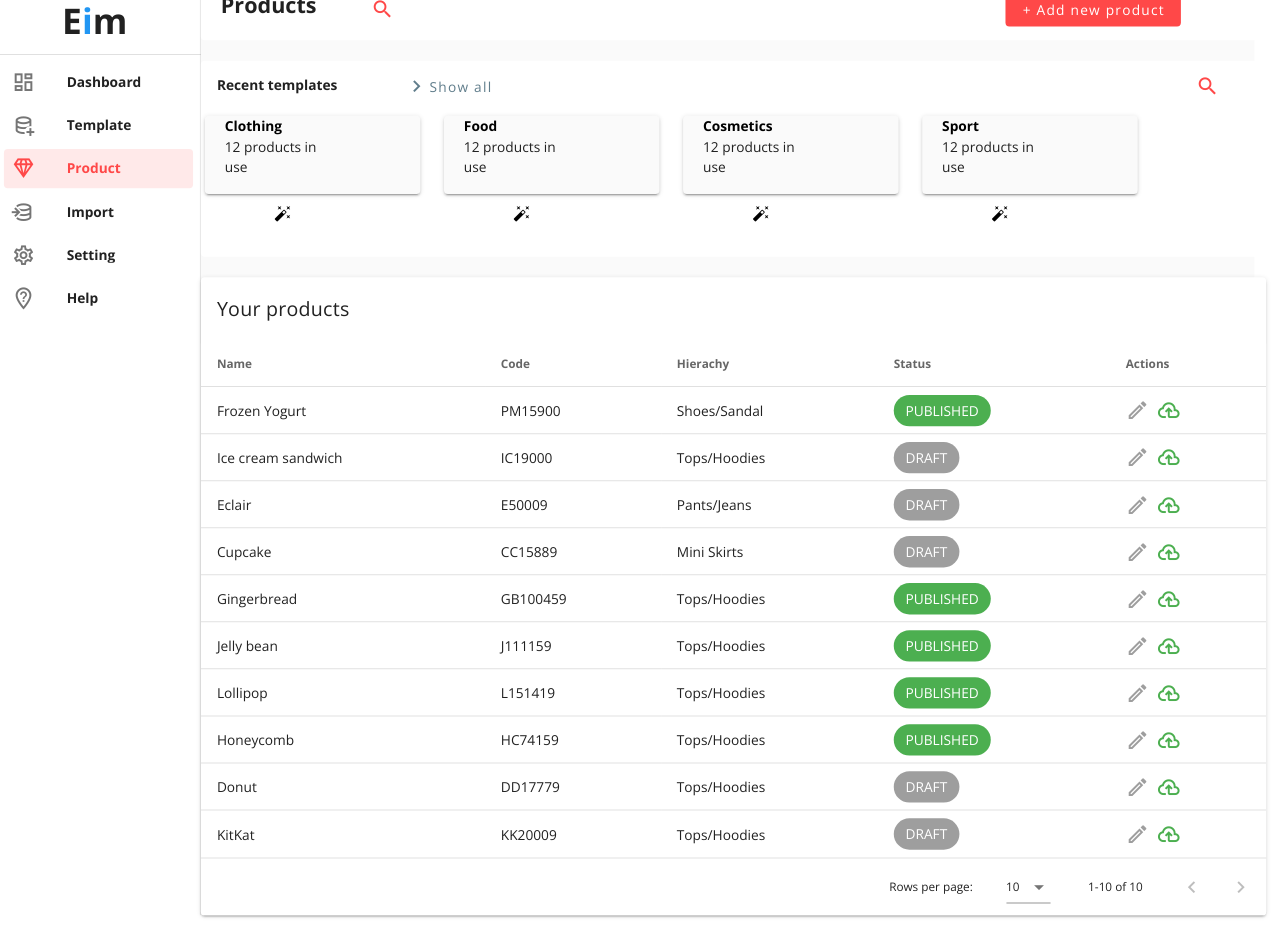
Repository: nguyenphuong152/pim-template
Page: /product
These files come from the project's save history. The page is drawn as it stood at one moment and after the next save; the edit follows.
The browser window is 1280 px wide. The page is 1304 px wide, so the pictures cover 1304 px, including what lies to the right of the window. The pictures show the whole page, at 98% of full size.
The project was rebuilt for these pictures with package versions that can differ from the ones it lists, and the page was loaded fresh each time. Also part of the build but not shown: vue.config.js, src/views/Home.vue, src/components/Outcome_1/SearchTemplate.vue, src/components/Outcome_1/YourTemplate.vue, src/components/Outcome_1/ListComponent.vue, src/components/Outcome_1/AddInfo.vue, src/components/Outcome_1/AddDetail.vue, src/components/Outcome_1/ListComponentProgressive.vue and 18 more.

Above is the page before, as saved 2021-01-19 09:32:46.

### public/index.html
<!DOCTYPE html>
<html lang="en">
  <head>
    <meta charset="utf-8" />
    <meta http-equiv="X-UA-Compatible" content="IE=edge" />
    <meta name="viewport" content="width=device-width,initial-scale=1.0" />
    <link rel="icon" href="<%= BASE_URL %>favicon.ico" />
    <link rel="preconnect" href="https://fonts.gstatic.com" />
    <link rel="preconnect" href="https://fonts.gstatic.com" />
    <link rel="preconnect" href="https://fonts.gstatic.com" />
    <link
      href="https://fonts.googleapis.com/css2?family=Open+Sans:wght@300;400;600;700;800&display=swap"
      rel="stylesheet"
    />
    <link
      href="https://fonts.googleapis.com/css?family=Montserrat:300,400,500,600,700"
      rel="stylesheet"
    />
    <title><%= htmlWebpackPlugin.options.title %></title>
    <link
      rel="stylesheet"
      href="https://fonts.googleapis.com/css?family=Roboto:100,300,400,500,700,900"
    />
    <link
      rel="stylesheet"
      href="https://cdn.jsdelivr.net/npm/@mdi/font@latest/css/materialdesignicons.min.css"
    />
  </head>
  <body>
    <noscript>
      <strong
        >We're sorry but <%= htmlWebpackPlugin.options.title %> doesn't work
        properly without JavaScript enabled. Please enable it to
        continue.</strong
      >
    </noscript>
    <div id="app"></div>
    <!-- built files will be auto injected -->
  </body>
</html>

### src/main.js
import Vue from "vue";
import App from "./App.vue";
import router from "./router";
import "../sass/style.scss";
import vuetify from "./plugins/vuetify";
import store from "./store";
import { VueMaskDirective } from "v-mask";
Vue.directive("mask", VueMaskDirective);

Vue.config.productionTip = false;

new Vue({
  store,
  router,
  vuetify,
  render: (h) => h(App),
}).$mount("#app");

### src/App.vue
<template>
  <v-app v-bind:style="{ background: activeColor }">
    <v-card height="80" flat class="hidden-md-and-up align-baseline">
      <v-row style="height:0px">
        <v-col class="px-0" cols="3">
          <span class="logo text-start">
            E<span class="blue--text">i</span>m</span
          >
        </v-col>
        <v-col>
          <div class="text-end">
            <v-menu offset-y>
              <template v-slot:activator="{ on }">
                <v-app-bar-nav-icon v-on="on"></v-app-bar-nav-icon>
              </template>
              <v-list>
                <v-list-item
                  v-for="(item, index) in items"
                  :key="index"
                  :to="item.path"
                  color="blue"
                >
                  <v-list-item-title class="text-start">{{
                    item.title
                  }}</v-list-item-title>
                </v-list-item>
              </v-list>
            </v-menu>
          </div>
        </v-col>
      </v-row>
    </v-card>

    <v-row>
      <v-col cols="2" class="pa-0 hidden-xs-only">
        <v-navigation-drawer permanent width="220" class="hidden-xs-only">
          <v-list-item>
            <v-list-item-content>
              <v-list-item-title class="logo">
                E<span class="blue--text">i</span>m
              </v-list-item-title>
            </v-list-item-content>
          </v-list-item>

          <v-divider></v-divider>

          <v-list dense nav class="text-start pl-4">
            <v-list-item
              v-for="item in items"
              :key="item.title"
              :to="item.path"
              color="#FF4848"
            >
              <v-list-item-icon>
                <v-icon>{{ item.icon }}</v-icon>
              </v-list-item-icon>
              <v-list-item-content>
                <v-list-item-title class="template-title font-weight-bold ">{{
                  item.title
                }}</v-list-item-title>
              </v-list-item-content>
            </v-list-item>
          </v-list>
        </v-navigation-drawer>
      </v-col>
      <v-col class="pa-0">
        <router-view />
      </v-col>
    </v-row>
  </v-app>
</template>

<script>
export default {
  name: "App",
  components: {},
  watch: {
    $route(to) {
      document.title = `${to.meta.title}`;
    },
  },
  data() {
    return {
      clicked: false,
      activeColor: "#FAFAFA",
      items: [
        { title: "Dashboard", icon: "mdi-view-dashboard-outline", path: "" },
        {
          title: "Template",
          icon: "mdi-database-plus-outline",
          path: "/template",
        },
        { title: "Product", icon: "mdi-diamond-stone", path: "/product" },
        {
          title: "Import",
          icon: "mdi-database-import-outline",
          path: "/import",
        },

        { title: "Setting", icon: "mdi-cog-outline", path: "" },
        { title: "Help", icon: "mdi-map-marker-question-outline", path: "" },
      ],
      right: null,
    };
  },
};
</script>

### src/router/index.js
import Vue from "vue";
import VueRouter from "vue-router";
import Home from "../views/Home.vue";
import Template from "../views/Outcome_1/CreateProductTemplate.vue";
import Product from "../views/Outcome_2/Outcome_2_screen.vue";
import AddProduct from "../views/Outcome_2/AddProduct.vue";
import Import from "../views/Outcome_3/outcome3_screen.vue";

Vue.use(VueRouter);

const routes = [
  {
    path: "/",
    name: "Home",
    component: Home,
  },
  {
    path: "/template",
    name: "Template",
    component: Template,
    meta: {
      title: "Add Template",
    },
  },
  {
    path: "/product",
    name: "Product",
    component: Product,
    meta: {
      title: "Product",
    },
  },
  {
    path: "/addproduct/:name",
    name: "AddProduct",
    component: AddProduct,
    meta: {
      title: "Add Product",
    },
  },
  {
    path: "/import",
    name: "Import",
    component: Import,
    meta: {
      title: "Import",
    },
  },
  {
    path: "/about",
    name: "About",
    // route level code-splitting
    // this generates a separate chunk (about.[hash].js) for this route
    // which is lazy-loaded when the route is visited.
    component: () =>
      import(/* webpackChunkName: "about" */ "../views/About.vue"),
  },
];

const router = new VueRouter({
  mode: "history",
  base: process.env.BASE_URL,
  routes,
});

export default router;

### sass/style.scss
$font-primary: 'Open Sans',
sans-serif;

@import "~vuetify/src/styles/styles.sass";

$fontsize-content: 14px;
$fontsize-title: 24px;
$fontsize-logo:36px;
$fontsize-header:22px;
$fontsize-nav:20px;


#app {
  font-family: $font-primary;
   font-size:$fontsize-content;
  -webkit-font-smoothing: antialiased;
  -moz-osx-font-smoothing: grayscale;
  text-align: center;
  color: #2c3e50;
}

#nav {
  padding: 30px;
}

#nav a {
  font-weight: bold;
  color: #2c3e50;
}

#nav a.router-link-exact-active {
  color: #42b983;
}

.title {
  font: $font-primary !important;
  font-size: $fontsize-nav !important;
}

.logo {
  @extend .title;
  font-weight: 700 !important;
  font-size: $fontsize-logo !important;
}

.text-header {
  font: $font-primary !important;
  font-size: $fontsize-header !important;
  font-weight: 700;
}


.template-title {
  @extend .title;
  font-size: $fontsize-content !important;
}

### src/store/index.js
import Vue from "vue";
import Vuex from "vuex";

Vue.use(Vuex);

import state from "./state";
import * as getters from "./getters";
import * as mutations from "./mutations";
import * as actions from "./actions";

export default new Vuex.Store({
  state,
  getters,
  mutations,
  actions,
});

### src/views/Outcome_2/Outcome_2_screen.vue
<template>
  <div>
    <v-row>
      <v-col height="100%"
        ><Search />
        <br />
        <RecentTemplate />
        <br />
        <ListProduct
          :class="{
            'mx-6': $vuetify.breakpoint.smAndDown,
            'ma-0': $vuetify.breakpoint.mdAndUp,
          }"
        />
      </v-col>
    </v-row>
  </div>
</template>

<script>
import Search from "../../components/Outcome_2/SearchProduct";
import RecentTemplate from "../../components/Outcome_2/RecentTemplate";
import ListProduct from "../../components/Outcome_2/ListProduct";
export default {
  components: {
    Search,
    RecentTemplate,
    ListProduct,
  },
};
</script>

<style></style>

### src/store/state.js
export default {
  listNewComponent: [],

  basicInfo: [],
  textComponent: [],
  imageComponent: null,
  videoComponent: null,
  colorComponent: null,
  dateComponent: [],
  selectComponent: {
    selectionTitle: [],
  },
  listTemplate: [],
  customComponent: [],

  toogleRerenderComponent: 0,
  generateImage: 1,
};

### src/store/getters.js
export const listComponent = (state) => {
  return state.listNewComponent;
};

export const basicInfo = (state) => {
  return state.basicInfo;
};

export const textComponent = (state) => {
  return state.textComponent;
};
export const imageComponent = (state) => {
  return state.imageComponent;
};
export const videoComponent = (state) => {
  return state.videoComponent;
};
export const colorComponent = (state) => {
  return state.colorComponent;
};
export const dateComponent = (state) => {
  return state.dateComponent;
};
export const selectComponent = (state) => {
  return state.selectComponent;
};

export const key = (state) => {
  return state.toogleRerenderComponent;
};

export const listTemplate = (state) => {
  return state.listTemplate;
};

export const generateImage = (state) => {
  return state.generateImage;
};

### src/store/actions.js
export const addComponentToList = ({ commit }, { component }) => {
  commit("ADD_TO_LIST", { component });
};

export const deleteComponentFromList = ({ commit }, component) => {
  commit("DELETE_FROM_LIST", component);
};

export const addBasicInfoForTemplate = ({ commit }, { basicInfo }) => {
  commit("ADD_BASIC_INFO_FOR_TEMPLATE", basicInfo);
};

export const addTextComponentForTemplate = ({ commit }, { textComponent }) => {
  commit("ADD_TEXT_COMPONENT_FOR_TEMPLATE", textComponent);
};

export const addImageComponentForTemplate = ({ commit }, { countImage }) => {
  commit("ADD_IMAGE_COMPONENT_FOR_TEMPLATE", countImage);
};

export const addVideoComponentForTemplate = ({ commit }, { countVideo }) => {
  commit("ADD_VIDEO_COMPONENT_FOR_TEMPLATE", countVideo);
};

export const addColorComponentForTemplate = ({ commit }, { countColor }) => {
  commit("ADD_COLOR_COMPONENT_FOR_TEMPLATE", countColor);
};

export const addDateComponentForTemplate = ({ commit }, { dateComponent }) => {
  commit("ADD_DATE_COMPONENT_FOR_TEMPLATE", dateComponent);
};

export const addSelectComponentForTemplate = (
  { commit },
  { title, selections }
) => {
  commit("ADD_SELECT_COMPONENT_FOR_TEMPLATE", { title, selections });
};

export const rerenderComponent = ({ commit }) => {
  commit("RERENDER_COMPONENT");
};

export const generateImage = ({ commit }) => {
  commit("GENERATE_IMAGE");
};

export const deleteListTemplate = ({ commit }) => {
  commit("DELETE_LIST");
};

export const createTemplate = (
  { commit },
  {
    name,
    basicInfo,
    textComponent,
    imageComponent,
    videoComponent,
    colorComponent,
    dateComponent,
    selectComponent,
  }
) => {
  commit("CREATE_TEMPLATE", {
    name,
    basicInfo,
    textComponent,
    imageComponent,
    videoComponent,
    colorComponent,
    dateComponent,
    selectComponent,
  });
};

### src/components/Outcome_2/SearchProduct.vue
<template>
  <v-card class="text-start" height="65" flat>
    <v-row class="d-flex align-baseline">
      <v-col class="text-header pl-8" cols="2">Products</v-col>
      <v-col class="px-0">
        <v-icon color="#ff4848">
          mdi-magnify
        </v-icon></v-col
      >
      <v-col sm="8" md="3" class="pa-0 hidden-xs-only">
        <v-btn
          depressed
          color="#ff4848"
          class="white--text text-none font-weight-medium"
        >
          + Add new product</v-btn
        >
      </v-col>
    </v-row>
  </v-card>
</template>

<script>
export default {
  methods: {},
};
</script>

<style></style>

### src/components/Outcome_2/RecentTemplate.vue
<template>
  <v-card :height="setHeight" width="100%" class="py-2" flat>
    <v-row class="align-baseline mx-4">
      <v-col class="py-0 text-start px-0" cols="2"
        ><span class="font-weight-bold">Recent templates</span>
      </v-col>
      <v-col class="px-0 text-start">
        <v-dialog v-model="dialog" scrollable max-width="300px">
          <template v-slot:activator="{ on, attrs }">
            <v-btn
              color="blue-grey"
              dark
              v-bind="attrs"
              v-on="on"
              text
              style="text-transform:none"
            >
              <v-icon color="blue-grey"> mdi-chevron-right </v-icon>Show all
            </v-btn>
          </template>
          <v-card height="100%">
            <v-card-title>
              Your template
              <v-spacer></v-spacer>
              <v-icon color="red" @click="dialog = false"
                >mdi-window-close</v-icon
              >
            </v-card-title>
            <v-divider></v-divider>
            <v-card-text style="height:500px;">
              <v-col v-for="(item, i) in templates" :key="i"
                ><v-card color="#fafafa" @click="addProduct(item.name)">
                  <div class="d-flex flex-no-wrap justify-space-between">
                    <div>
                      <v-row>
                        <v-col class="text-start pl-8">
                          <span
                            class="template-title font-weight-bold black--text"
                            >{{ item.name }}</span
                          >
                          <br />
                          <span class="font-weight-thin">{{
                            item.products
                          }}</span>
                        </v-col>
                      </v-row>
                    </div>
                  </div>
                </v-card></v-col
              ></v-card-text
            >
          </v-card>
        </v-dialog>
      </v-col>
      <v-col cols="1">
        <v-icon color="#ff4848">
          mdi-magnify
        </v-icon>
      </v-col>
    </v-row>
    <v-row>
      <v-card
        class="d-flex mr-2 ml-4"
        v-for="(item, i) in items"
        :key="i"
        color="#fafafa"
        :width="setWidthCard"
        height="80"
        @click="addProduct(item.name)"
      >
        <div class="d-flex child-flex justify-space-between">
          <v-row>
            <v-col class="text-start pl-8" cols="10">
              <span class="template-title font-weight-bold black--text">{{
                item.name
              }}</span>
              <br />
              <span class="font-weight-thin">{{ item.products }}</span>
            </v-col>
            <v-col>
              <v-icon color="black" size="18" @click="showAddTemplate()"
                >mdi-auto-fix</v-icon
              >
            </v-col>
          </v-row>
        </div>
      </v-card>
      <!-- <v-col  :key="i" class="mx-4 " xs="6">

      </v-col> -->
      <v-row class="align-baseline hidden-md-and-up">
        <v-col class="text-start pl-10">
          <v-btn outlined style="text-transform:none" color="blue"
            >Add template</v-btn
          >
        </v-col>
        <v-col cols="5">
          <v-dialog v-model="dialog" scrollable max-width="300px">
            <template v-slot:activator="{ on, attrs }">
              <v-btn
                color="blue-grey"
                dark
                v-bind="attrs"
                v-on="on"
                text
                style="text-transform:none"
              >
                <v-icon color="blue-grey"> mdi-chevron-right </v-icon>Show all
              </v-btn>
            </template>
            <v-card height="100%">
              <v-card-title>
                Your template
                <v-spacer></v-spacer>
                <v-icon color="red" @click="dialog = false"
                  >mdi-window-close</v-icon
                >
              </v-card-title>
              <v-divider></v-divider>
              <v-card-text style="height:500px;">
                <v-col v-for="(item, i) in templates" :key="i"
                  ><v-card color="#fafafa" @click="addProduct(item.name)">
                    <div class="d-flex flex-no-wrap justify-space-between">
                      <div>
                        <v-row>
                          <v-col class="text-start">
                            <span
                              class="template-title font-weight-bold black--text"
                              >{{ item.name }}</span
                            >
                            <br />
                            <span class="font-weight-thin">{{
                              item.products
                            }}</span>
                          </v-col>
                        </v-row>
                      </div>
                    </div>
                  </v-card></v-col
                ></v-card-text
              >
            </v-card>
          </v-dialog>
        </v-col>
      </v-row>
    </v-row>
  </v-card>
</template>

<script>
export default {
  data: () => ({
    dialog: false,
    items: [
      {
        name: "Clothing",
        products: "12 products in use",
      },
      {
        name: "Food",
        products: "12 products in use",
      },
      {
        name: "Cosmetics",
        products: "12 products in use",
      },
      {
        name: "Sport",
        products: "12 products in use",
      },
    ],
    templates: [
      {
        name: "Clothing",
        products: "12 products in use",
      },
      {
        name: "Food",
        products: "12 products in use",
      },
      {
        name: "Cosmetics",
        products: "12 products in use",
      },
      {
        name: "Sport",
        products: "12 products in use",
      },
    ],
  }),
  methods: {
    addProduct(text) {
      this.$router.push({
        name: "AddProduct",
        params: { name: text },
      });
    },
  },
  created() {
    this.listTemplate = this.$store.getters.listTemplate;
    for (var i = 0; i < this.listTemplate.length; i++) {
      var element = {};
      element.name = this.listTemplate[i].name;
      element.products = "Add new product !";
      this.templates.unshift(element);
    }
  },
  computed: {
    setHeight() {
      if (
        this.$vuetify.breakpoint.name === "xs" ||
        this.$vuetify.breakpoint.name === "sm"
      ) {
        return 350;
      } else return 200;
    },
    setWidthCard() {
      if (
        this.$vuetify.breakpoint.name === "xs" ||
        this.$vuetify.breakpoint.name === "sm"
      ) {
        return 150;
      } else if (this.$vuetify.breakpoint.name === "md") {
        return 220;
      } else return 220;
    },
  },
};
</script>

<style></style>

### src/components/Outcome_2/ListProduct.vue
<template>
  <v-card>
    <v-card-title>
      Your products
    </v-card-title>
    <v-data-table :headers="headers" :items="desserts">
      <template v-slot:item.status="{ item }">
        <v-chip :color="getColor(item.status)" dark>
          {{ item.status }}
        </v-chip>
      </template>
      <template v-slot:item.actions="{ item }">
        <v-icon medium class="mr-2" @click="editItem(item)" color="grey">
          mdi-pencil-outline
        </v-icon>
        <v-icon medium @click="deleteItem(item)" color="green">
          mdi-cloud-upload-outline
        </v-icon>
      </template>
    </v-data-table>
  </v-card>
</template>

<script>
export default {
  data() {
    return {
      search: "",
      headers: [
        {
          text: "Name",
          align: "start",
          sortable: false,
          value: "name",
        },
        { text: "Code", value: "code" },
        { text: "Hierachy", value: "hierachy" },
        { text: "Status", value: "status" },
        { text: "Actions", value: "actions", sortable: false },
      ],
      desserts: [
        {
          name: "Frozen Yogurt",
          code: "PM15900",
          hierachy: "Shoes/Sandal",
          status: "PUBLISHED",
        },
        {
          name: "Ice cream sandwich",
          code: "IC19000",
          hierachy: "Tops/Hoodies",
          status: "DRAFT",
        },
        {
          name: "Eclair",
          code: "E50009",
          hierachy: "Pants/Jeans",
          status: "DRAFT",
        },
        {
          name: "Cupcake",
          code: "CC15889",
          hierachy: "Mini Skirts",
          status: "DRAFT",
        },
        {
          name: "Gingerbread",
          code: "GB100459",
          hierachy: "Tops/Hoodies",
          status: "PUBLISHED",
        },
        {
          name: "Jelly bean",
          code: "J111159",
          hierachy: "Tops/Hoodies",
          status: "PUBLISHED",
        },
        {
          name: "Lollipop",
          code: "L151419",
          hierachy: "Tops/Hoodies",
          status: "PUBLISHED",
        },
        {
          name: "Honeycomb",
          code: "HC74159",
          hierachy: "Tops/Hoodies",
          status: "PUBLISHED",
        },
        {
          name: "Donut",
          code: "DD17779",
          hierachy: "Tops/Hoodies",
          status: "DRAFT",
        },
        {
          name: "KitKat",
          code: "KK20009",
          hierachy: "Tops/Hoodies",
          status: "DRAFT",
        },
      ],
    };
  },
  methods: {
    getColor(status) {
      if (status === "DRAFT") return "grey";
      else return "green";
    },
  },
};
</script>

Loaded but not shown: src/plugins/vuetify.js (common file); src/store/mutations.js (113 lines, source omitted)

After the next save:
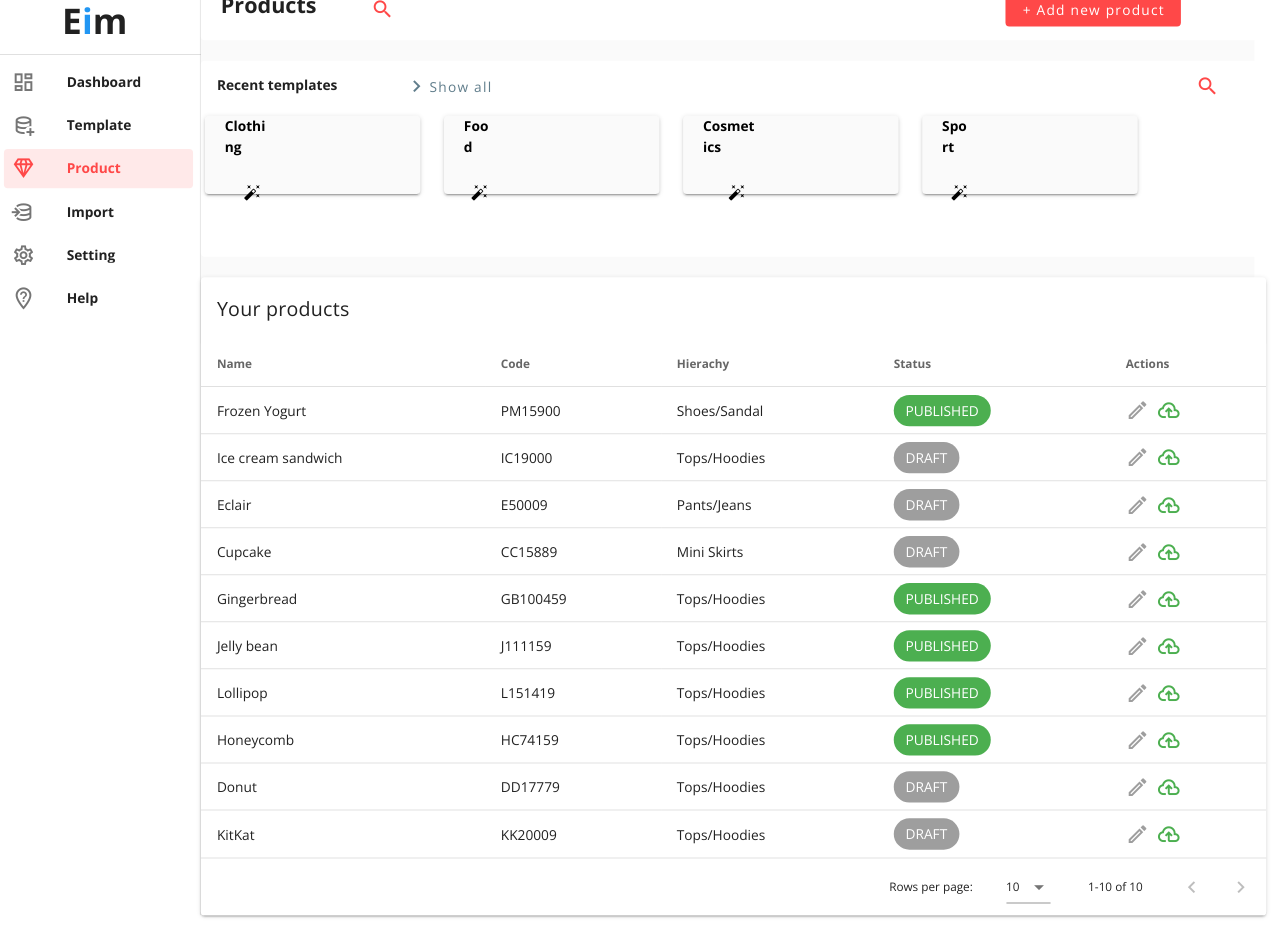
Saved 33 s later.
--- a/src/components/Outcome_2/RecentTemplate.vue
+++ b/src/components/Outcome_2/RecentTemplate.vue
@@ -70,12 +70,10 @@
       >
         <div class="d-flex child-flex justify-space-between">
           <v-row>
-            <v-col class="text-start pl-8" cols="10">
+            <v-col class="text-start pl-8" cols="9">
               <span class="template-title font-weight-bold black--text">{{
                 item.name
               }}</span>
-              <br />
-              <span class="font-weight-thin">{{ item.products }}</span>
             </v-col>
             <v-col>
               <v-icon color="black" size="18" @click="showAddTemplate()"
